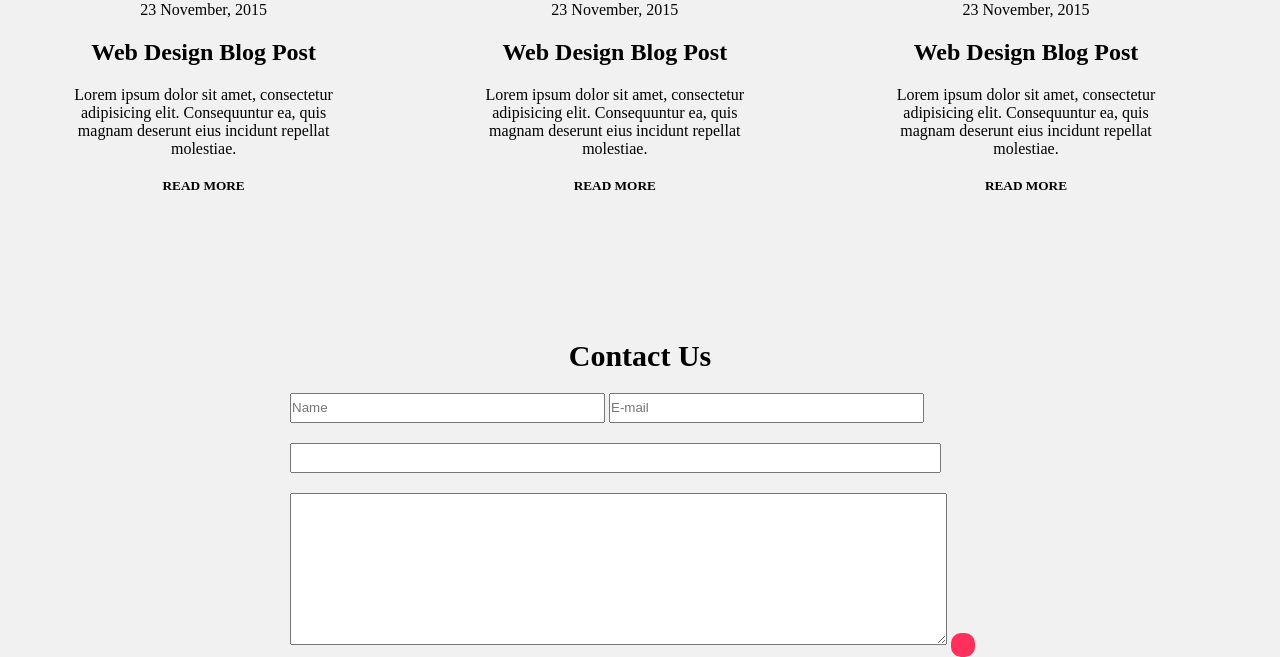
Repository: Ahmedalid/New-project
Page: Rout/index.html
These files come from the project's save history. The page is drawn as it stood at one moment and after a run of saves; the edit follows.
The browser window is 1280 px wide. The pictures show the part of the page from y = 3461 to 4149 px (the page is 4118 px tall before and 4149 px after).
A picture or video elsewhere on the page could not be fetched, so the positions and the page height are approximate.

Above is the page before, as saved 2023-05-24 19:54:27.

### Rout/index.html
<!DOCTYPE html>
<html lang="en">

<head>
    <meta charset="UTF-8">
    <meta http-equiv="X-UA-Compatible" content="IE=edge">
    <meta name="viewport" content="width=device-width, initial-scale=1.0">
    <link rel="stylesheet" href="https://cdnjs.cloudflare.com/ajax/libs/font-awesome/6.4.0/css/all.min.css">
    <link rel="stylesheet" href="css/style.css">
    <title>Document</title>
</head>

<body>
    <div class="bg-img" style="background-image: url(img/slider-02.jpg);">

        <div class="container pt">
            <div class="header-nav logo-nav">
                <h2>Fokir</h2>
            </div>
            <div class="header-nav">
                <ul>
                    <li><span class="nav-home">Home</span></li>
                    <li>About</li>
                    <li>Services </li>
                    <li>Portfolio</li>
                    <li>Testimonial</li>
                    <li>Blog </li>
                    <li>Contact</li>


                </ul>

            </div>
        </div>
        <div class="auto container">
            <h4 class="mt">Hello i'm</h4>
            <h1 class="mt">ALEX SMITH</h1>
            <p class="mt">Professional Web DesignerDesignerDeveloper</p>
        </div>

    </div>
    <div class="section-mt">
        <div class="section-2 container ">
            <div class="element-1">
                <span>
                    <img src="img/work-7.jpg" alt="Work-7">
                </span>
            </div>
            <div class="element-1">
                <h1><span>I</span>HELLO,</h1>
                <p class="mt">
                    Lorem ipsum dolor sit amet, consectetur adipisicing elit, sed do eiusmod tempor incididunt ut labore
                    et dolore magna aliqua. Ut enim ad minim veniam, quis nostrud exercitation ullamco laboris nisi ut
                    aliquip ex ea commodo consequat. Duis aute irure dolor in reprehenderit in voluptate velit esse
                    cillum dolore eu fugiat nulla pariatur. Excepteur sint occaecat cupidatat non proident, sunt in
                    culpa qui officia deserunt mollit anim id est laborum.
                </p>
                <div class="mt border"> </div>
                <div class="Name mt">
                    <div class="mt">Name: Rdam smith</div>
                    <div class="mt">Age: 26 Year</div>
                    <div class="mt">Freelance: Available</div>
                </div>
                <div class="Name mt">
                    <div class="mt">Job Title: UI/UX Designe</div>
                    <div class="mt">Location: United States, US</div>
                    <div class="mt">E-mail: example@gmail.com</div>
                </div>
                <div class="mt">
                    <button class="btn">Download CV <span><i class="fa fa-download"
                                aria-hidden="true"></i></span></button>

                    <button class="btn">Hire My <span><i class="fa fa-paper-plane"
                                aria-hidden="true"></i></span></button>
                </div>


            </div>
        </div>
    </div>
    <!-- section-3 -->
    <div class="section-bg">
        <section class="section-mt  ">
            <h1 class="pt">Our Services</h1>
            <div class="mt ">
                <div class="Services text-center">
                    <span class="mt"><i class="fa-solid fa-pen text-color"></i></span>
                    <h2 class="mt">UI/UX DESIGN</h2>
                    <p class="mt"> Lorem ipsum dolor sit amet, consectetur adipisicing elit. Ratione adipisci mollitia
                        quis
                        necstatibus.</p>
                </div>
                <div class="Services text-center">
                    <span class="mt"><i class="fa-solid fa-pen text-color"></i></span>
                    <h2 class="mt">APP DEVELOPMENT</h2>
                    <p class="mt"> Lorem ipsum dolor sit amet, consectetur adipisicing elit. Ratione adipisci mollitia
                        quis
                        necstatibus.</p>
                </div>
                <div class="Services text-center">
                    <span class="mt"><i class="fa-solid fa-pen text-color"></i></span>
                    <h2 class="mt">PRODUCT DESIGN</h2>
                    <p class="mt"> Lorem ipsum dolor sit amet, consectetur adipisicing elit. Ratione adipisci mollitia
                        quis
                        necstatibus.</p>
                </div>
                <div class="Services text-center">
                    <span class="mt"><i class="fa-solid fa-pen text-color"></i></span>
                    <h2 class="mt">UI/UX DESIGN</h2>
                    <p class="mt"> Lorem ipsum dolor sit amet, consectetur adipisicing elit. Ratione adipisci mollitia
                        quis
                        necstatibus.</p>
                </div>

            </div>
        </section>
    </div>
    <!-- section-4 -->
    <div class="">
        <section class="section-mt  ">
            <h1 class="pt">Our Portfolio</h1>
            <div class="text-center">
                <p class="p-Our">All</p>
                <p class="p-Our">GRAPHIC</p>
                <p class="p-Our">WEB DESIGN</p>
                <p class="p-Our">PRADNIG</p>
            </div>
            <div class="mt container">
                <div class="Portfolio text-center">
                    <span>
                        <img src="img/1.jpg" alt="">
                    </span>
                </div>
                <div class="Portfolio text-center">
                    <span>
                        <img src="img/2.jpg" alt="">
                    </span>
                </div>
                <div class="Portfolio text-center">
                    <span>
                        <img src="img/3.jpg" alt="">
                    </span>
                </div>
                <div class="Portfolio text-center">
                    <img src="img/5.jpg" alt="">
                </div>
                <div class="Portfolio text-center">
                    <img src="img/4.jpg" alt="">
                </div>
                <div class="Portfolio text-center">
                    <img src="img/6.jpg" alt="">
                </div>

            </div>
        </section>
    </div>

    <div class="section-bg">
        <section class="section-mt  ">
            <div class="mt ">
                <div class="Services text-center">
                    <span class="mt"><i class="fa-solid fa-pen text-color"></i></span>
                    <h2 class="mt">7</h2>
                    <p class="mt">Lorem, ipsum dolor.</p>
                </div>
                <div class="Services text-center">
                    <span class="mt"><i class="fa-solid fa-pen text-color"></i></span>
                    <h2 class="mt">9</h2>
                    <p class="mt"> Lorem ipsum dolor sit..</p>
                </div>
                <div class="Services text-center">
                    <span class="mt"><i class="fa-solid fa-pen text-color"></i></span>
                    <h2 class="mt">5</h2>
                    <p class="mt">Lorem ipsum dolor sit..</p>
                </div>
                <div class="Services text-center">
                    <span class="mt"><i class="fa-solid fa-pen text-color"></i></span>
                    <h2 class="mt">7</h2>
                    <p class="mt"> Lorem, ipsum dolor.</p>
                </div>

            </div>
        </section>
    </div>
    <section class="section-mt">
        <h1 class="text-center">Client's Feedback</h1>
        <div class="text-center mt">
            <img src="img/2 (1).jpg" alt="" class="w-3">
        </div>
    </section>
    <div class="section-bg">
        <section class="section-mt  ">
            <h1 class="pt">Our Blog</h1>
            <div class="mt ">
                <div class="Blog text-center">
                    <span class="mt">
                        <img src="img/1 (1).jpg" alt="">
                    </span>
                    <p class="mt">23 November, 2015</p>
                    <h2 class="mt"> Web Design Blog Post </h2>
                    <p class="mt">Lorem ipsum dolor sit amet, consectetur adipisicing elit. Consequuntur ea, quis magnam deserunt
                        eius incidunt repellat molestiae.</p>
                        <h5 class="mt">READ MORE </h5>


                </div>
                <div class="Blog text-center">
                    <span class="mt">
                        <img src="img/1 (1).jpg" alt="">
                    </span>
                    <p class="mt">23 November, 2015</p>
                    <h2 class="mt"> Web Design Blog Post </h2>
                    <p class="mt">Lorem ipsum dolor sit amet, consectetur adipisicing elit. Consequuntur ea, quis magnam deserunt
                        eius incidunt repellat molestiae.</p>
                        <h5 class="mt">READ MORE </h5>


                </div>
                <div class="Blog text-center">
                    <span class="mt">
                        <img src="img/1 (1).jpg" alt="">
                    </span>
                    <p class="mt">23 November, 2015</p>
                    <h2 class="mt"> Web Design Blog Post </h2>
                    <p class="mt">Lorem ipsum dolor sit amet, consectetur adipisicing elit. Consequuntur ea, quis magnam deserunt
                        eius incidunt repellat molestiae.</p>
                        <h5 class="mt">READ MORE </h5>


                </div>



            </div>
        </section>
        <section class="section-mt">
            <div class="text-center">
                <h1>Contact Us</h1>

            </div>
            <div class="Contact">
                <div class="mt">
                 <input type="text" placeholder="Name" class="w-5 h-input" name="" id="">
                <input type="text" name="" id="" placeholder="E-mail" class="w-5 input-l h-input">
                <input type="text" class="w-10 mt h-input" name="" id="">
                <textarea name="" class="mt" id="" cols="80" rows="10"></textarea>
                <button class="btn"></button>
                </div>
            </div>
        </section>
    </div>
</body>

</html>

### Rout/css/style.css
*{
    margin: 0;
    padding: 0;
    box-sizing: border-box;
}
.container{
    margin: auto 111px;
}
.bg-img{
    background-repeat: no-repeat;
    background-size: cover;
    height: 100vh;
}
.header-nav{
    display: inline-block;
    width: 49%;
    color: white;
}
.pt{
    padding-top: 25px;
}
.mt{
    margin-top: 20px;
}
.logo-nav h2{
    color: #ff305b;
    font-weight: bold;
    cursor: pointer;
    transition: 1.5s;
}
.logo-nav h2:hover{
    text-decoration: underline;
}
.header-nav ul li{
    display: inline-block;
    padding-left: 17px;
}
.nav-home{
    color: #ff305b;
}
.header-nav ul li:hover{
    text-decoration: underline;
    color: #ff305b;
    cursor: pointer;
}
.auto{
    /* margin: auto; */
    padding-top: 230px;
    color: white;
    text-align: center;
    font-weight: bold;
}
.element-1{
    display: inline-block;
    width: 49%;
    vertical-align: top;
}
.element-1 h1 span{
    color: #ff305b;
}
.border{
    border: dotted 1px black;
}
.Name{
    display: inline-block;
    width: 48%;
}
.section-mt{
    margin-top: 30px;
}
.btn{
    border: none;
    outline: none;
    background-color: #ff305b;
    color: white;
    padding: 12px;
    border-radius: 10px;
    cursor: pointer;
    transition: 0.5s;
}
.btn:hover{
    background-color: #ec2403;
}
.btn span i{
    margin-left: 7px;
}
.section-mt h1{
    text-align: center;
    font-size: 30px;
    font-weight: bold;
    padding-top: 100px;
}
.section-bg{
    background-color: #f1f1f1;

}
.Services{
    margin: auto 50px;
    display: inline-block;
    width: 15%;
    padding: 15px;
    cursor: pointer;
    transition: width 2s;
}
.text-color{
    color: #ff305b;
}
.text-center{
    text-align: center;
}
.Services:hover{
    background-color: white;
    width: 20%;

}

.Portfolio{
    /* margin: auto 50px; */
    display: inline-block;
    width: 33%;
    /* padding: 15px; */
    cursor: pointer;
    transition: width 2s;
}
img{
    width: 100%;
}
.p-Our{
    display: inline-block;
    text-align: center;
    margin-top: 15px;
    padding-left: 20px;
    transition: all 0.5s;
    cursor: pointer;
}
.p-Our:hover{
    border-bottom: 1px solid #ff305b;
}
.w-3{
    width: 30%;
}
.Blog{
    margin: auto 50px;
    display: inline-block;
    width: 24%;
    padding: 15px;
    cursor: pointer;
    transition: width 2s;
}
.Contact{
    margin: auto 290px;
}
.w-5{
    width: 45%;
}
.h-input{
    height: 30px;
}
.w-10{
    width: 93%;
}
.input-l{
    /* margin-left: 250px; */
}

After the next 2 saves:
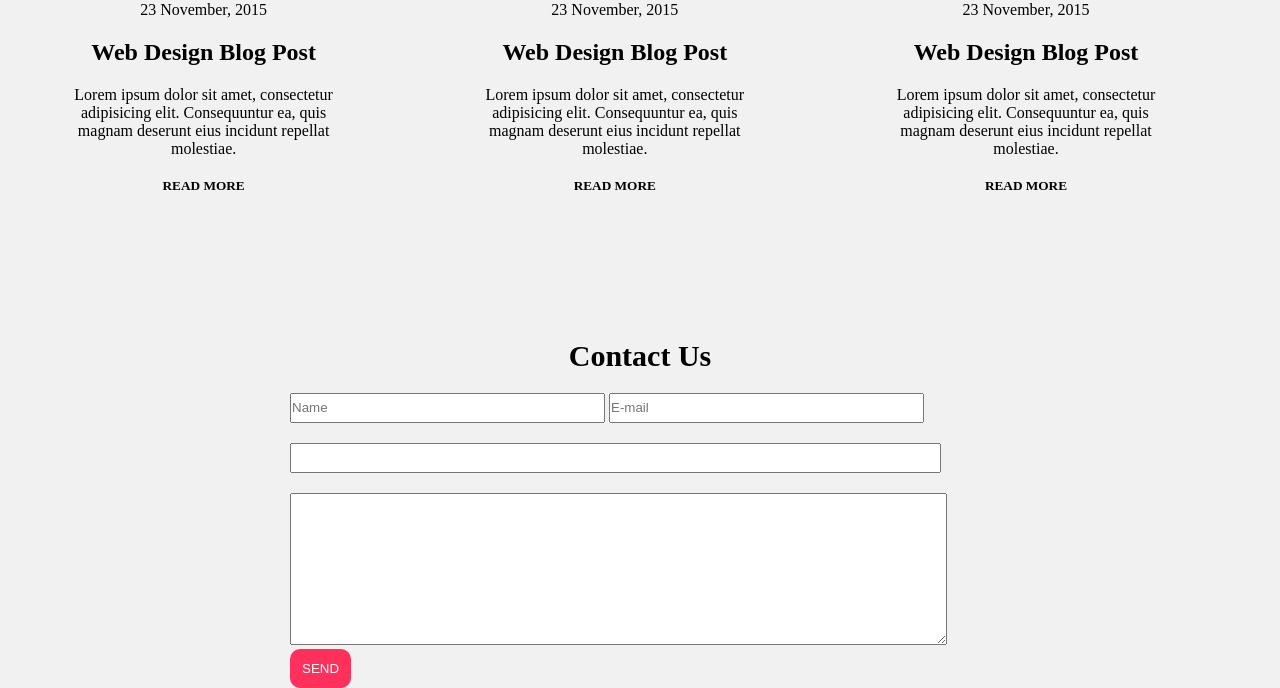
The 2 saves are shown as one change because they came seconds apart.
The last was saved 11 s later.
--- a/Rout/index.html
+++ b/Rout/index.html
@@ -244,7 +244,7 @@
                 <input type="text" name="" id="" placeholder="E-mail" class="w-5 input-l h-input">
                 <input type="text" class="w-10 mt h-input" name="" id="">
                 <textarea name="" class="mt" id="" cols="80" rows="10"></textarea>
-                <button class="btn"></button>
+                <button class="btn">SEND</button>
                 </div>
             </div>
         </section>
